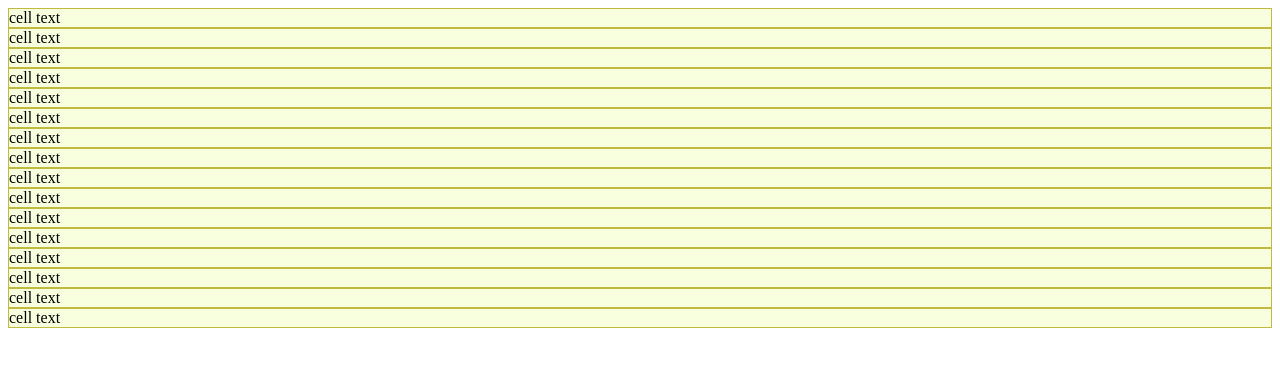
Repository: weazzyefff/Project-Etch-A-Sketch
Page: index.html
An editor plug-in stored every save of this project. The page is shown before and after the next save, followed by the edit.
The browser window is 1280 px wide. The pictures show the whole page.

Above is the page before, as saved 2022-11-29 19:59:29.

After the next save:
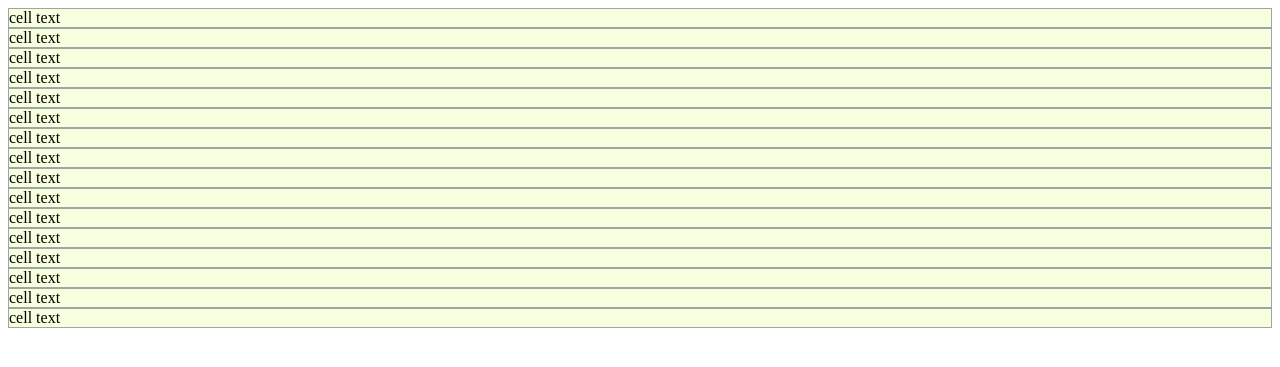
Saved 36 s later.
--- a/style.css
+++ b/style.css
@@ -4,6 +4,6 @@
 
 
 .cell {
-    border: 1px solid #c2ba3c;
+    border: 1px solid #9ba6a8;
     background: #f8ffde;
   }
